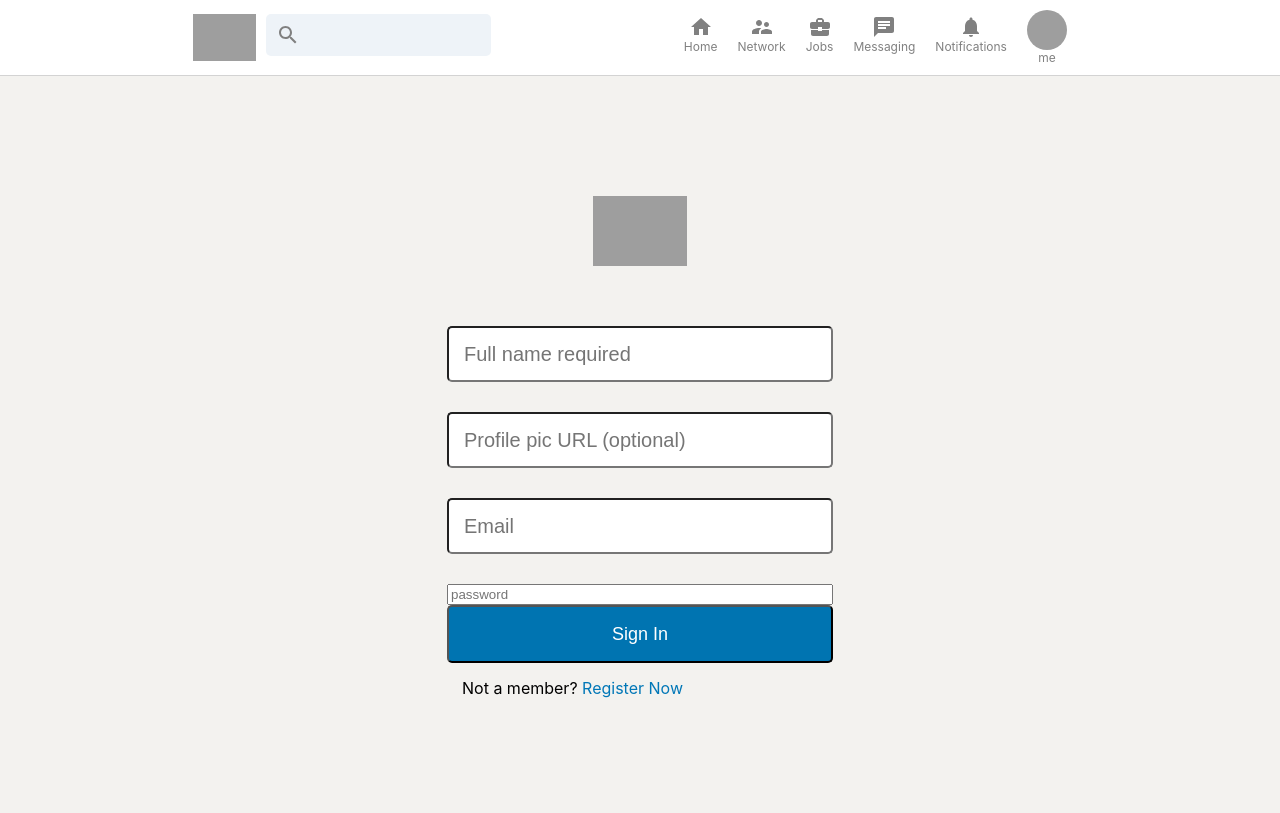
Repository: Tracy-maker/linkedin_clone
Page: /
These files come from the project's save history. The page is drawn as it stood at one moment and after the next save; the edit follows.
The browser window is 1280 px wide. The pictures show the whole page.
Pictures or frames that could not be fetched are drawn as grey boxes. The project was rebuilt for these pictures with package versions that can differ from the ones it lists, and the page was loaded fresh each time. Also part of the build but not shown: src/components/Sidebar/Sidebar.jsx, src/components/InputOption/InputOption.jsx, src/components/Post/Post.jsx, src/components/Post/index.jsx, src/components/Feed/Feed.jsx.

Above is the page before, as saved 2023-11-07 23:36:13.

### src/App.js
import React, { useEffect } from "react";
import Header from "./components/Header/Header";
import Sidebar from "./components/Sidebar";
import styled from "styled-components";
import Feed from "./components/Feed";
import { useDispatch, useSelector } from "react-redux";
import { login, logout, selectUser } from "./features/userSlice";
import Login from "./components/Login";
import { auth } from "./firebase";

const LinkedInContainer = styled.div`
  background-color: #f3f2ef;
  min-height: 100vh;
  width: 100%;
  display: flex;
  flex-direction: column;
`;

const LinkedInBody = styled.div`
  display: flex;
  flex: 1;
`;

function App() {
  const user = useSelector(selectUser);
  const dispatch = useDispatch();

  useEffect(() => {
    auth.onAuthStateChanged((userAuth) => {
      if (userAuth) {
        dispatch(
          login({
            email: userAuth.email,
            uid: userAuth.uid,
            displayName: userAuth.displayName,
            photoUrl: userAuth.photoUrl,
          })
        );
      } else {
        dispatch(logout());
      }
    });
  });

  return (
    <LinkedInContainer>
      <Header />

      {!user ? (
        <Login />
      ) : (
        <LinkedInBody>
          <Sidebar />
          <Feed />
        </LinkedInBody>
      )}
    </LinkedInContainer>
  );
}

export default App;

### src/features/userSlice.js
import { createSlice } from "@reduxjs/toolkit";

export const userSlice = createSlice({
  name: "user",
  initialState: {
    user: null,
  },
  reducers: {
    login: (state, action) => {
      state.value = action.payload;
    },
    logout: (state) => {
      state.value = null;
    },
  },
});
export const { login, logout } = userSlice.actions;
export const selectUser = (state) => state.user.user;
export default userSlice.reducer;

### src/components/Header/Header.jsx
import React from "react";
import Search from "@mui/icons-material/Search";
import HeaderOption from "../HeaderOption/HeaderOption.jsx";
import HomeIcon from "@mui/icons-material/Home";
import SupervisorAccountIcon from "@mui/icons-material/SupervisorAccount";
import BusinessCenterIcon from "@mui/icons-material/BusinessCenter";
import ChatIcon from "@mui/icons-material/Chat";
import NotificationsIcon from "@mui/icons-material/Notifications";
import styled from "styled-components";

const HeaderContainer = styled.div`
  position: sticky;
  top: 0;
  z-index: 999;
  display: flex;
  align-items: center;
  justify-content: space-evenly;
  border-bottom: 0.1px solid lightgray;
  padding-top: 10px;
  padding-bottom: 10px;
  width: 100%;
  background-color: white;
`;

const LeftContainer = styled.div`
  display: flex;
`;

const LogoImage = styled.img`
  height: 47px;
  margin-right: 10px;
  object-fit: contain;
`;

const SearchContainer = styled.div`
  display: flex;
  align-items: center;
  padding: 10px;
  border-radius: 5px;
  height: 22px;
  color: gray;
  background-color: #eef3f8;
`;

const SearchInput = styled.input`
  outline: none;
  border: none;
  background: none;
`;

const RightContainer = styled.div`
  display: flex;
`;

function Header() {
  return (
    <HeaderContainer>
      <LeftContainer>
        <LogoImage
          src="https://i.ibb.co/4PCvv6f/Screenshot-2023-11-07-at-9-50-48-pm.png"
          alt="logo image"
        />
        <SearchContainer>
          <Search />
          <SearchInput />
        </SearchContainer>
      </LeftContainer>
      <RightContainer>
        <HeaderOption Icon={HomeIcon} title="Home" />
        <HeaderOption Icon={SupervisorAccountIcon} title="Network" />
        <HeaderOption Icon={BusinessCenterIcon} title="Jobs" />
        <HeaderOption Icon={ChatIcon} title="Messaging" />
        <HeaderOption Icon={NotificationsIcon} title="Notifications" />
        <HeaderOption
          avatar="https://i.ibb.co/MRHHtS5/Wechat-IMG7.jpg"
          title="me"
          size="300"
        />
      </RightContainer>
    </HeaderContainer>
  );
}

export default Header;

### src/components/Feed/index.jsx
export { default } from "./Feed";

### src/firebase.js
import { initializeApp } from "firebase/app";
import { getAuth } from "firebase/auth";
import { addDoc, collection, getDocs, getFirestore } from "firebase/firestore";

const firebaseConfig = {
  apiKey: "AIzaSyByJo6BBMHfGItRF7HGj5zxbiHdhlcVcmU",
  authDomain: "linkedin-clone-31fc8.firebaseapp.com",
  projectId: "linkedin-clone-31fc8",
  storageBucket: "linkedin-clone-31fc8.appspot.com",
  messagingSenderId: "198073496226",
  appId: "1:198073496226:web:0720a8e5f7132ae718ddfb",
};

const app = initializeApp(firebaseConfig);

export const auth = getAuth(app);
export const db = getFirestore(app);
export default app;

### src/components/HeaderOption/HeaderOption.jsx
import styled from "styled-components";
import { Avatar } from "@material-ui/core";

const HeaderOptionContainer = styled.div`
  display: flex;
  flex-direction: column;
  align-items: center;
  margin-right: 20px;
  color: gray;
  cursor: pointer;

  &:hover {
    color: black;
  }
`;

const HeaderOptionTitle = styled.h3`
  font-size: 12px;
  font-weight: 400;
`;

const HeaderOptionIcon = styled.img`
  margin-top: 5px;
  object-fit: contain;
  height: 25px;
  width: 25px;
`;

function HeaderOption ({ avatar, Icon, title }){
  return (
    <HeaderOptionContainer>
      {Icon && <HeaderOptionIcon as={Icon} />}
      {avatar && <Avatar src={avatar} />}
      <HeaderOptionTitle>{title}</HeaderOptionTitle>
    </HeaderOptionContainer>
  );
};

export default HeaderOption;

### src/components/Login/Login.jsx
import React, { useState } from "react";
import styled from "styled-components";
import { login } from "../../features/userSlice";
import { auth } from "../../firebase";
import { useDispatch } from "react-redux";

const LoginContainer = styled.div`
  display: grid;
  place-items: center;
  margin-left: auto;
  margin-right: auto;
  padding-top: 100px;
  padding-bottom: 100px;
`;

const LinkedinImage = styled.img`
  object-fit: contain;
  height: 70px;
  margin-top: 20px;
  margin-bottom: 20px;
`;

const LoginForm = styled.form`
  display: flex;
  flex-direction: column;
  margin-top: 40px;
`;

const Input = styled.input`
  width: 365px;
  height: 50px;
  font-size: 20px;
  padding-left: 15px;
  margin-bottom: 30px;
  border-radius: 5px;
`;

const SignInButton = styled.button`
  height: 58px;
  font-size: large;
  color: #ffffff;
  background: #0074b1;
  border-radius: 5px;
  cursor: pointer;

  &:hover {
    font-weight: 800;
    background: rgb(101, 215, 250);
  }
`;

const OptionWords = styled.p`
  padding: 15px;
`;

const RegisterLink = styled.span`
  color: #0177b7;
  cursor: pointer;
`;

function Login() {
  const [email, setEmail] = useState("");
  const [password, setPassword] = useState("");
  const [fullName, setFullName] = useState("");
  const [profilePic, setProfilePic] = useState("");
  const dispatch = useDispatch();

  const register = () => {
    if (!fullName) {
      return alert("Please enter a full name...");
    }
    auth
      .createUserWithEmailAndPassword(email, password)
      .then((userAuth) => {
        userAuth.user
          .updateProfile({
            displayName: fullName,
            photoURL: profilePic,
          })
          .then(() => {
            dispatch(
              login({
                email: userAuth.user.email,
                uid: userAuth.user.uid,
                displayName: fullName,
                photoUrl: profilePic,
              })
            );
          });
      })
      .catch((err) => alert(err));
  };

  const loginForm = () => {};

  return (
    <LoginContainer>
      <LinkedinImage
        src="https://i.ibb.co/qBQbcDx/Screenshot-2023-11-06-at-11-59-00-am.png"
        alt="Linkedin"
      />
      <LoginForm action="">
        <Input
          type="text"
          placeholder="Full name required"
          value={fullName}
          required
          onChange={(e) => setFullName(e.target.value)}
        />
        <Input
          placeholder="Profile pic URL (optional)"
          type="text"
          required
          value={profilePic}
          onChange={(e) => setProfilePic(e.target.value)}
        />
        <Input
          placeholder="Email"
          type="email"
          required
          value={email}
          onChange={(e) => setEmail(e.target.value)}
        />
        <input
          placeholder="password"
          type="password"
          required
          value={password}
          onChange={(e) => setPassword(e.target.value)}
        />
        <SignInButton onClick={loginForm}>Sign In</SignInButton>
        <OptionWords>
          Not a member?{" "}
          <RegisterLink onClick={register}> Register Now</RegisterLink>
        </OptionWords>
      </LoginForm>
    </LoginContainer>
  );
}

export default Login;

Loaded but not shown: public/index.html (common file); src/index.js (common file); src/app/store.js (common file); src/index.css (common file); src/components/Sidebar/index.jsx (common file); src/components/Login/index.jsx (common file)

After the next save:
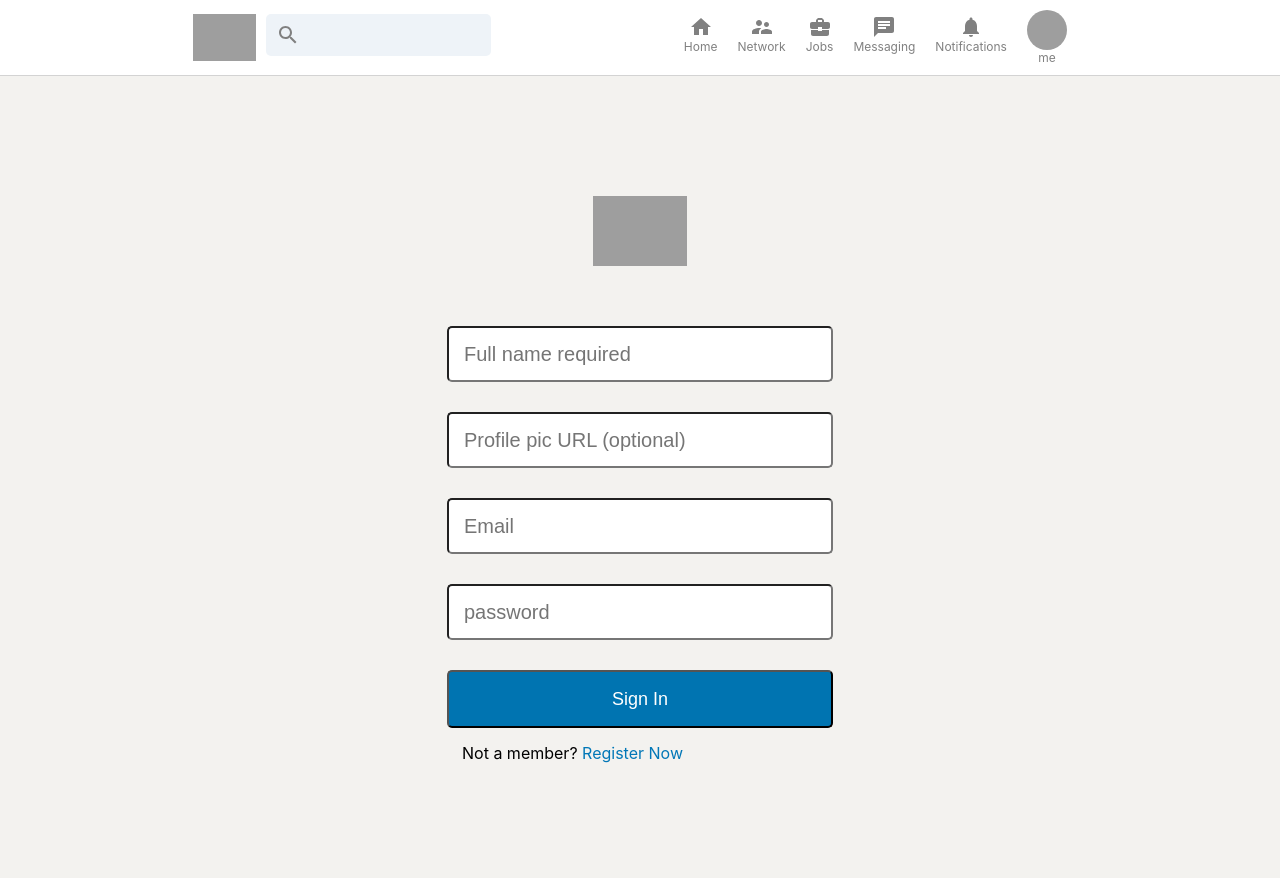
Saved 2 min 21 s later.
--- a/src/components/Login/Login.jsx
+++ b/src/components/Login/Login.jsx
@@ -121,7 +121,7 @@ function Login() {
           value={email}
           onChange={(e) => setEmail(e.target.value)}
         />
-        <input
+        <Input
           placeholder="password"
           type="password"
           required
